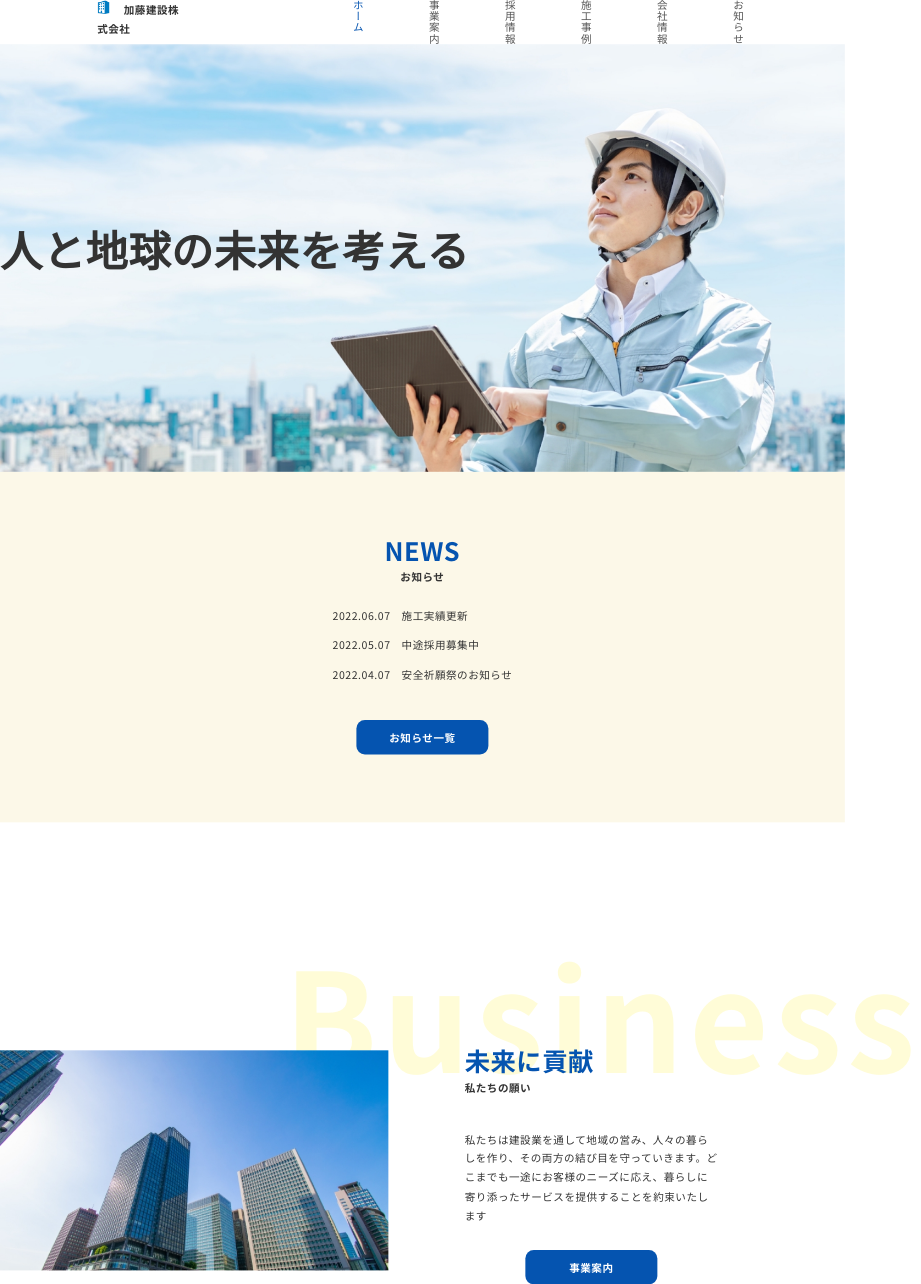
Repository: nozomi-23/hp1_test
Page: index.html
The author's editor kept a copy of each file at every save. The page is drawn from the files as they stood at one save, then again after the next save.
The browser window is 1280 px wide. The page is 1395 px wide, so the pictures cover 1395 px, including what lies to the right of the window. The pictures show the whole page, at 66% of full size.

Above is the page before, as saved 2022-06-12 15:08:17.

### index.html
<!DOCTYPE html>
<html lang="ja">
<head>
<meta charset="UTF-8">
<title>加藤建設 株式会社</title>
<meta name="description" content="人と地球の未来を考える 加藤建設 株式会社">
<meta name="keywords" content="建築,土木,インフラ">
<meta name="viewport" content="width=device-width, initial-scale=1.0">
<meta property="og:title" content="建築依頼なら「加藤建設 株式会社」">
<meta property="og:type" content="article">
<meta property="og:url" content="https://withcode-plus.tech">
<meta property="og:image" content="img/logo.png">
<meta property="og:description" content="確かな技術力が自慢、インフラから地域貢献まで加藤建設にお任せ下さい">
<meta property="og:site_name" content="加藤建設 株式会社">
<link rel="icon" href="img/favicon.ico">
<link rel="apple-touch-icon" sizes="180x180" href="img/logo.png">
<link rel="preconnect" href="https://fonts.googleapis.com">
<link rel="preconnect" href="https://fonts.gstatic.com" crossorigin>
<link href="https://fonts.googleapis.com/css2?family=Noto+Sans+JP:wght@400;500;700&family=Noto+Serif+JP&display=swap"
  rel="stylesheet">
<link rel="stylesheet" type="text/css" href="css/reset.css">
<link rel="stylesheet" type="text/css" href="css/common1.css">
<link rel="stylesheet" type="text/css" href="css/index.css">
</head>
<body>
  <!-- =========header -->
  <header>
    <div class="header_wrapper">
      <div class="header_inner">
        <h1 class="header_left">加藤建設株式会社</h1>
        <nav class="header_right" >
          <ul class="header_list">
            <li><a href="#" class="color">ホーム</a></li>
            <li><a href="html/business.html">事業案内</a></li>
            <li><a href="html/recruit.html">採用情報</a></li>
            <li><a href="html/work.html">施工事例</a></li>
            <li><a href="html/company.html">会社情報</a></li>
            <li><a href="html/news.html">お知らせ</a></li>
          </ul>
        </nav>
      </div>
    </div>
  </header>
  <!-- =========main_view -->
  <main>
    <section class="main_wrapper">
      <div class="main_txt">
        <h3>人と地球の未来を考える</h3>
      </div>
    </section>
    <!-- =========news -->
    <section class="news section section_color">
      <div class="news_wrapper">
        <h2 class="title">NEWS<br>
          <small>お知らせ</small></h2>
        <ul class="news_list">
          <li>2022.06.07&emsp;施工実績更新</li>
          <li>2022.05.07&emsp;中途採用募集中</li>
          <li>2022.04.07&emsp;安全祈願祭のお知らせ</li>
        </ul>
        <div class="btn">
          <a href="html/news.html">お知らせ一覧</a>
        </div>
      </div>
    </section>
    <!-- =========business -->
    <section class="business section">
      <div class="business_wrapper">
        <div class="business_all">
          <div class="business_bg_wrapper">
            <div class="business_bg">
              <div class="business_bg_item">
                <p>Business</p>
              </div>
            </div>
          </div>
          <div class="business_block_wrapper">
            <div class="business_block_1">
              <img src="img/bussines_top.png" alt="事業案内画像">
            </div>
            <div class="business_block_2">
              <h2 class="title">未来に貢献<br>
                <small>私たちの願い</small>
              </h2>
              <p>私たちは建設業を通して地域の営み、人々の暮らしを作り、その両方の結び目を守っていきます。どこまでも一途にお客様のニーズに応え、暮らしに寄り添ったサービスを提供することを約束いたします</p>
              <div class="btn">
                <a href="html/business.html">事業案内</a>
              </div>
            </div>
          </div>
        </div>

      </div>
    </section>
  </main>
</body>
</html>

### css/reset.css
@charset "UTF-8";

html,
body,
div,
span,
object,
iframe,
h1,
h2,
h3,
h4,
h5,
h6,
p,
blockquote,
pre,
abbr,
address,
cite,
code,
del,
dfn,
em,
img,
ins,
kbd,
q,
samp,
small,
strong,
sub,
sup,
var,
b,
i,
dl,
dt,
dd,
ol,
ul,
li,
fieldset,
form,
label,
legend,
table,
caption,
tbody,
tfoot,
thead,
tr,
th,
td,
article,
aside,
canvas,
details,
figcaption,
figure,
footer,
header,
hgroup,
menu,
nav,
section,
summary,
time,
mark,
audio,
video {
  margin: 0;
  padding: 0;
  border: 0;
  outline: 0;
  font-size: 100%;
  vertical-align: baseline;
  background: transparent;
}

body {
  line-height: 1;
}

article,
aside,
details,
figcaption,
figure,
footer,
header,
hgroup,
menu,
nav,
section {
  display: block;
}

nav ul {
  list-style: none;
}

blockquote,
q {
  quotes: none;
}

blockquote:before,
blockquote:after,
q:before,
q:after {
  content: '';
  content: none;
}

a {
  margin: 0;
  padding: 0;
  font-size: 100%;
  vertical-align: baseline;
  background: transparent;
}

/* change colours to suit your needs */
ins {
  background-color: #ff9;
  color: #000;
  text-decoration: none;
}

/* change colours to suit your needs */
mark {
  background-color: #ff9;
  color: #000;
  font-style: italic;
  font-weight: bold;
}

del {
  text-decoration: line-through;
}

abbr[title],
dfn[title] {
  border-bottom: 1px dotted;
  cursor: help;
}

table {
  border-collapse: collapse;
  border-spacing: 0;
}

/* change border colour to suit your needs */
hr {
  display: block;
  height: 1px;
  border: 0;
  border-top: 1px solid #cccccc;
  margin: 1em 0;
  padding: 0;
}

input,
select {
  vertical-align: middle;
}

### css/common1.css
@charset "UTF-8";

body {
  color: #333;
  letter-spacing: 0.05em;
  line-height: 1.8;
  font-family: 'Noto Sans JP', sans-serif ,'Noto Serif JP', serif;
  word-break: break-all;
}
li {
  list-style: none;
}

a {
  text-decoration: none;
}
.section {
  padding: 8% 0;
  position: relative;
}


/* タイトル */
.title {
  color: #0554B0;
  font-weight: bold;
  font-size: 2.4rem;
  line-height: 0.8;
}
.title small {
  font-size: 1rem;
  color: #333;
}
/* ボタン */
.btn {
  background-color: #0554B0;
  width: 200px;
  margin: 0 auto;
  line-height: 2;
  border-radius: 0.8rem;
}
.btn a {
  display: block;
  color: #fff;
  font-weight: bold;
  padding: 5%;
  text-align: center;
}
.btn:hover {
  opacity: 0.5;
}

### css/index.css
@charset "UTF-8";

/* =================
header
===================*/
.header_wrapper {
  display: flex;
  justify-content: center;
}
.header_inner {
  width: 77%;
  display: flex;
  justify-content: space-between;

}
.header_list {
  display: table;
}
.header_list li {
  display: table-cell;
  writing-mode: vertical-rl;
}
.header_list li a {
  color: #555;
}
.header_list li a:hover {
  opacity: 0.5;
}
.header_list li a.color {
  color: #0554B0;
}

.header_left::before {
  content: "";
  background: url(../img/name_icon.png) no-repeat ;
  background-size: contain;
  width: 30%;
  height: 30%;
  z-index: 1;
  display: inline-block;
}

/* =================
main_view
===================*/
.main_wrapper {
  background: url(../img/top_img.png)no-repeat center;
  background-size: cover;
  width: 100%;
  height: 90vh;
}
.main_txt {
  font-size: 4rem;
  font-weight: normal;
  font-family: 'Noto Serif JP';
  position: relative;
  top: 40%;
}
/* =================
news
===================*/
.section_color {
  background-color: #FCF8E8;
}
.news {
  text-align: center;
  display: block;
}

.news_list {
  padding: 3%;
  text-align: left;
  display: inline-block;

}
.news_list li {
  margin-bottom: 1rem;
}
/* =================
business
===================*/
.business_all {
  position: relative;
}
.business_block_wrapper {
  width: 100%;
  height: auto;
  display: flex;
  justify-content: space-between;
  position: absolute;
  top: 65%;
}


.business_block_1 {
  width: 46%;
}
.business_block_1 img{
  width: 100%;
  height: auto;
}
.business_block_2 {
  width: 30%;
  margin-right: 15%;

}

.business_block_2 p {
  padding: 15% 0 10% 0;
}
.business_bg {
  width: 80%;
}
.business_bg_wrapper {
  width: 83%;
  margin-left: auto;
}
.business_bg_item {
  width: 100%;
  /* background-color: aqua; */
}
.business_bg {
  margin-left: auto;
}
.business_bg_item p {
  color: rgba(255, 245, 109, 0.27);
  font-size: 13rem;
  font-weight: 700;
  white-space: nowrap;
  letter-spacing: 0.5rem;
  }

After the next save:
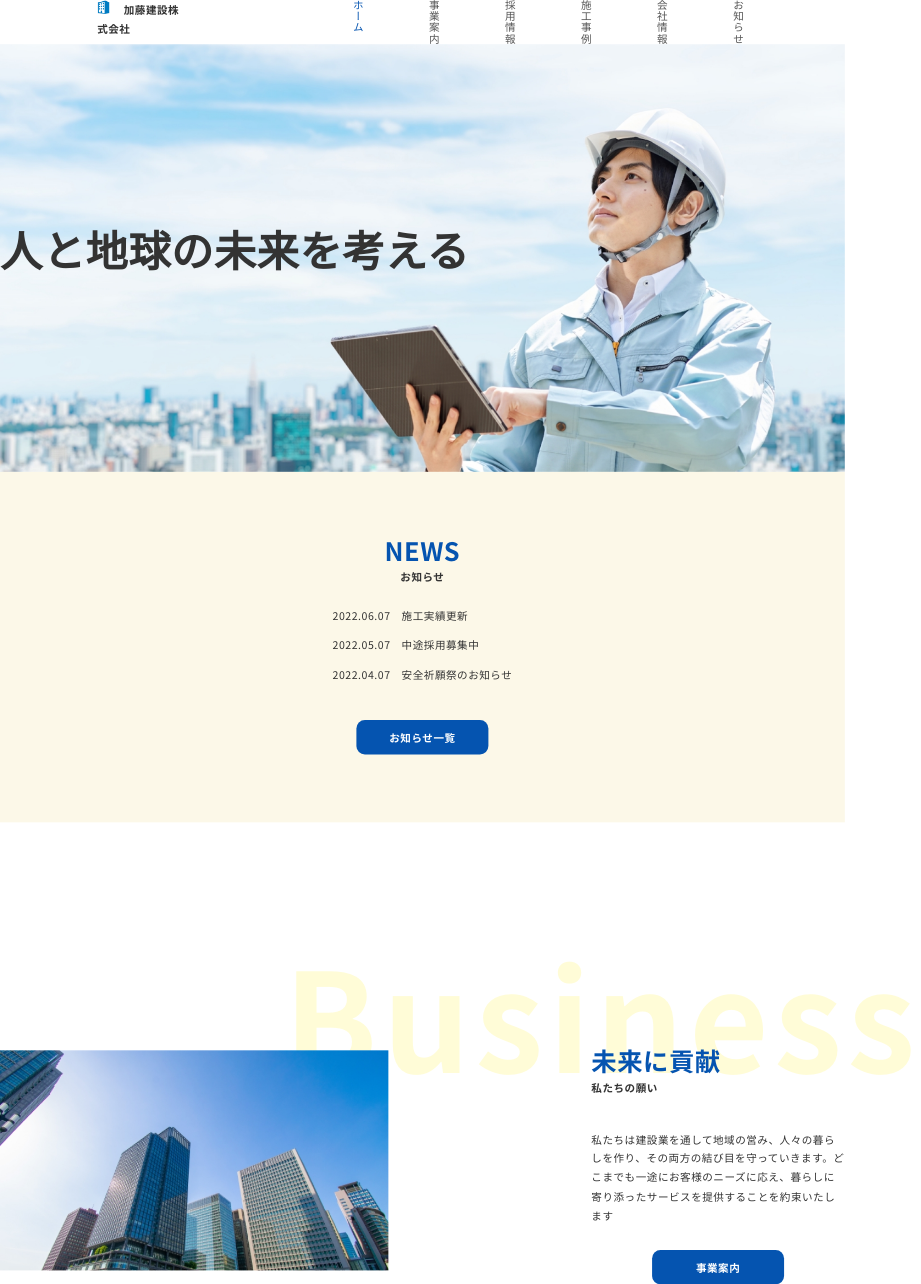
Saved 44 s later.
--- a/css/index.css
+++ b/css/index.css
@@ -101,7 +101,7 @@
 }
 .business_block_2 {
   width: 30%;
-  margin-right: 15%;
+  /* margin-right: 15%; */
 
 }
 

After the save that followed:
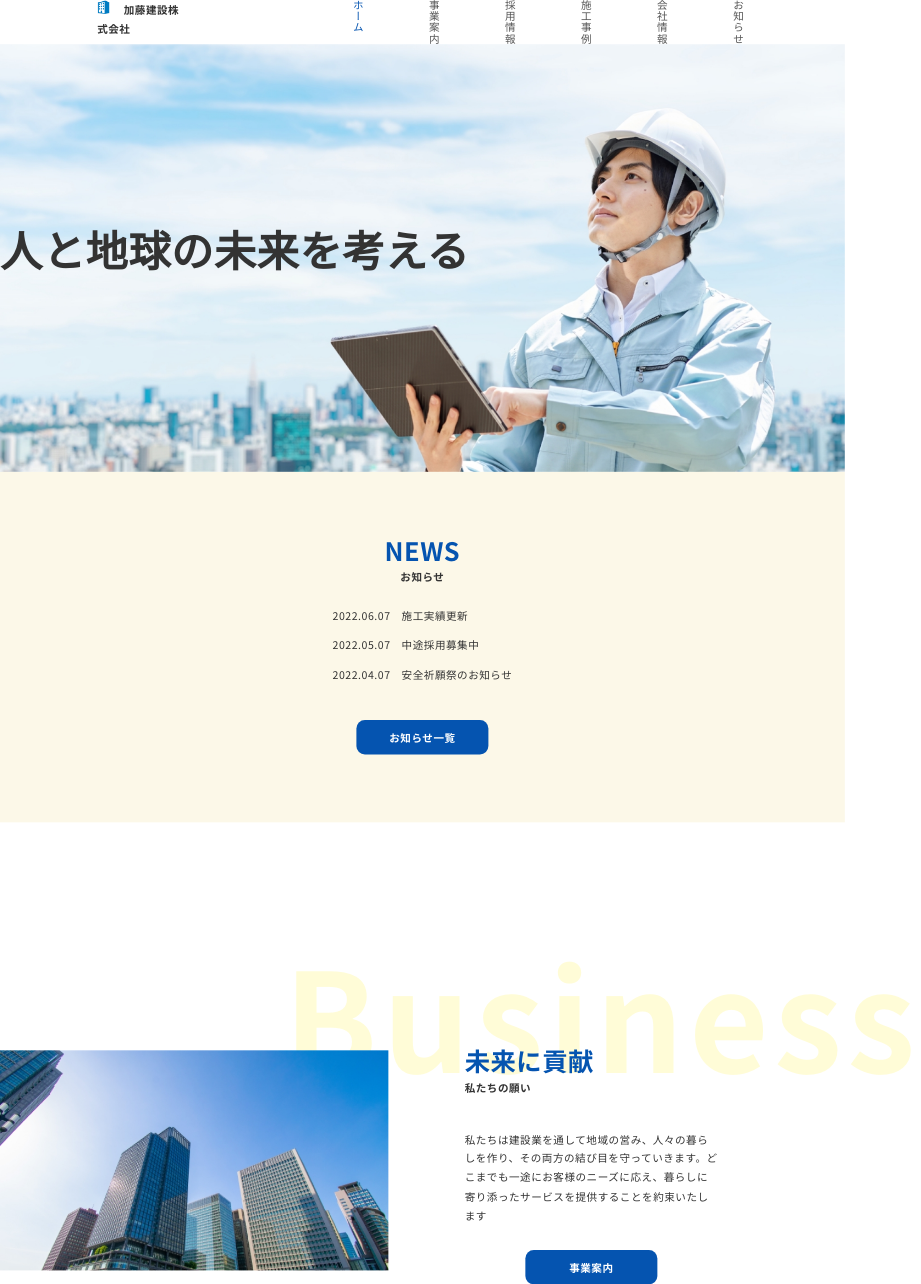
Saved 6 s later.
--- a/css/index.css
+++ b/css/index.css
@@ -101,7 +101,7 @@
 }
 .business_block_2 {
   width: 30%;
-  /* margin-right: 15%; */
+  margin-right: 15%;
 
 }
 
